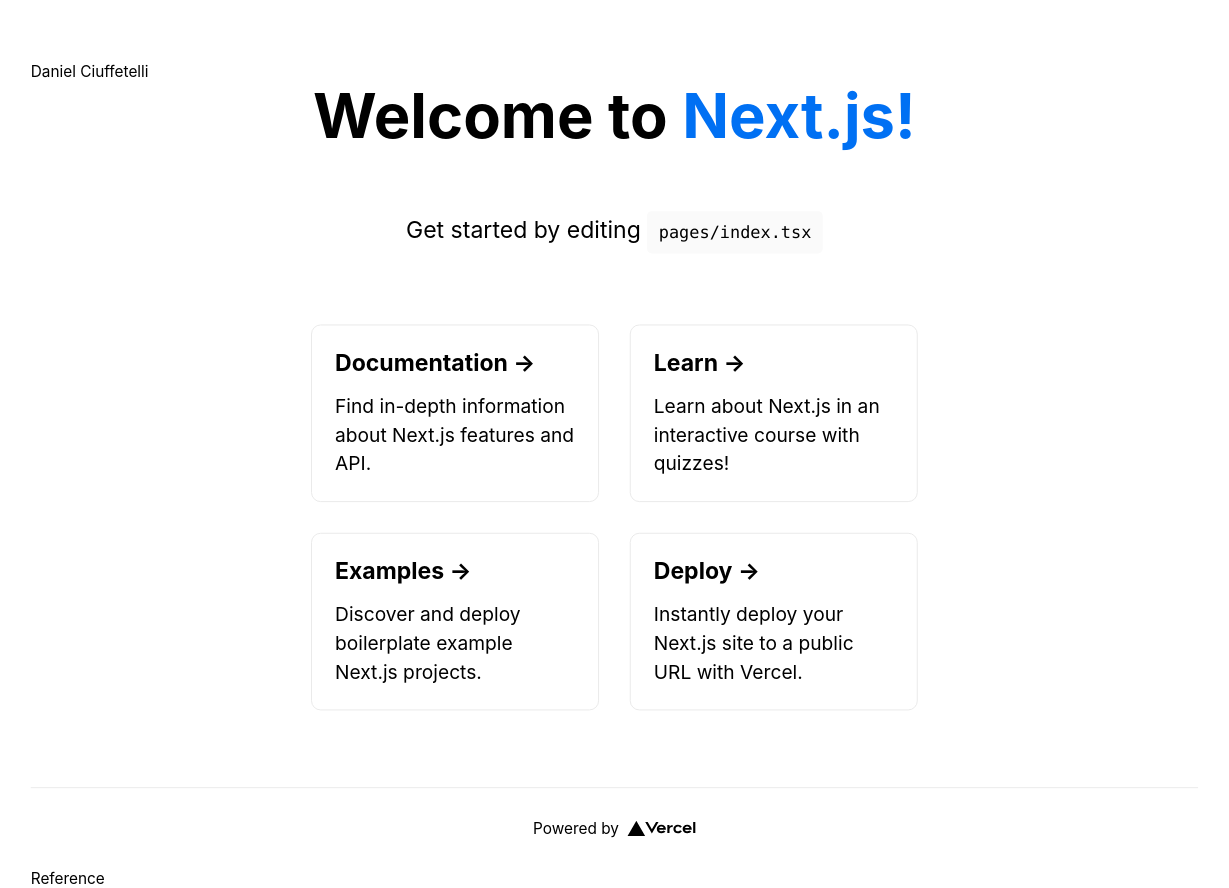
Repository: ciuffetelli/portfolio
Page: /
The author's editor kept a copy of each file at every save. The page is drawn from the files as they stood at one save, then again after the next save.
The browser window is 1280 px wide. The pictures show the whole page, at 96% of full size.
The project was rebuilt for these pictures with package versions that can differ from the ones it lists, and the page was loaded fresh each time. The framework's server and built-in components were replaced by stand-ins that run in the browser. Also part of the build but not shown: next.config.js.

Above is the page before, as saved 2022-12-04 13:27:22.

After the next save:
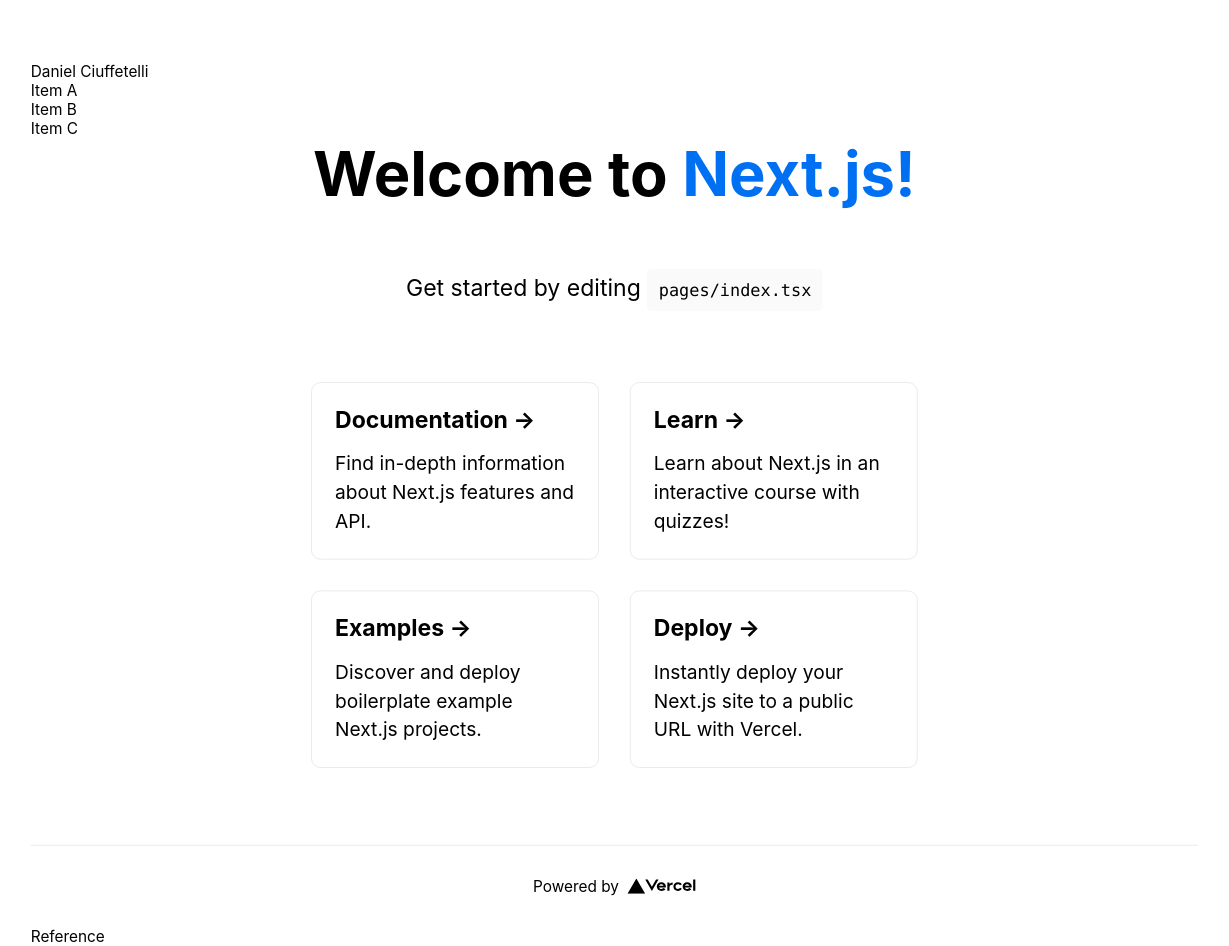
Saved 2 min 16 s later.
--- a/Components/Nav.tsx
+++ b/Components/Nav.tsx
@@ -5,7 +5,11 @@
     return (
         <Container>
             <Name>Daniel Ciuffetelli</Name>
-            <Items></Items>
+            <Items>
+                <MenuItem>Item A</MenuItem>
+                <MenuItem>Item B</MenuItem>
+                <MenuItem>Item C</MenuItem>
+            </Items>
             <Social></Social>
         </Container>
     )
@@ -19,4 +23,6 @@
 
 const Items = styled.div``
 
+const MenuItem = styled.div``
+
 const Social = styled.div``
